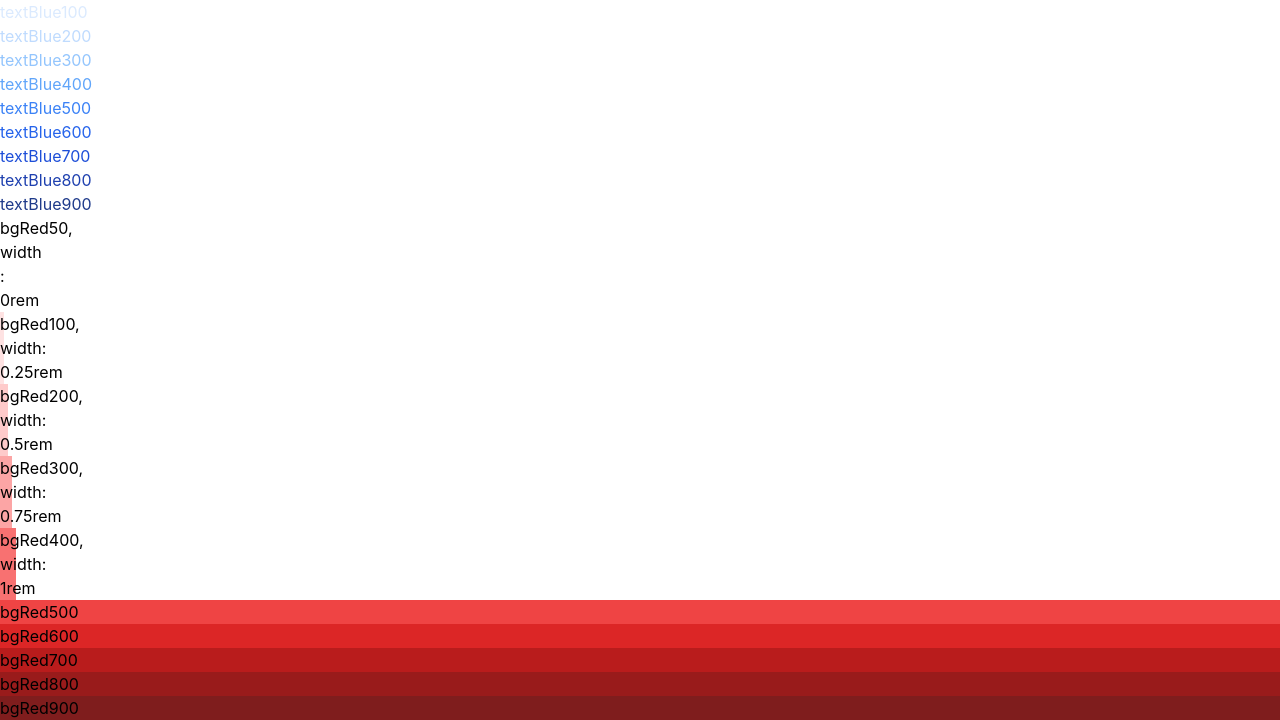
Repository: wogml3270/react-test-server
Page: /
These files come from the project's save history. The page is drawn as it stood at one moment and after the next save; the edit follows.
The browser window is 1280 px wide. The pictures show the whole page.
The project was rebuilt for these pictures with package versions that can differ from the ones it lists, and the page was loaded fresh each time. Also part of the build but not shown: src/App.css.

Above is the page before, as saved 2022-08-04 20:24:17.

After the next save:
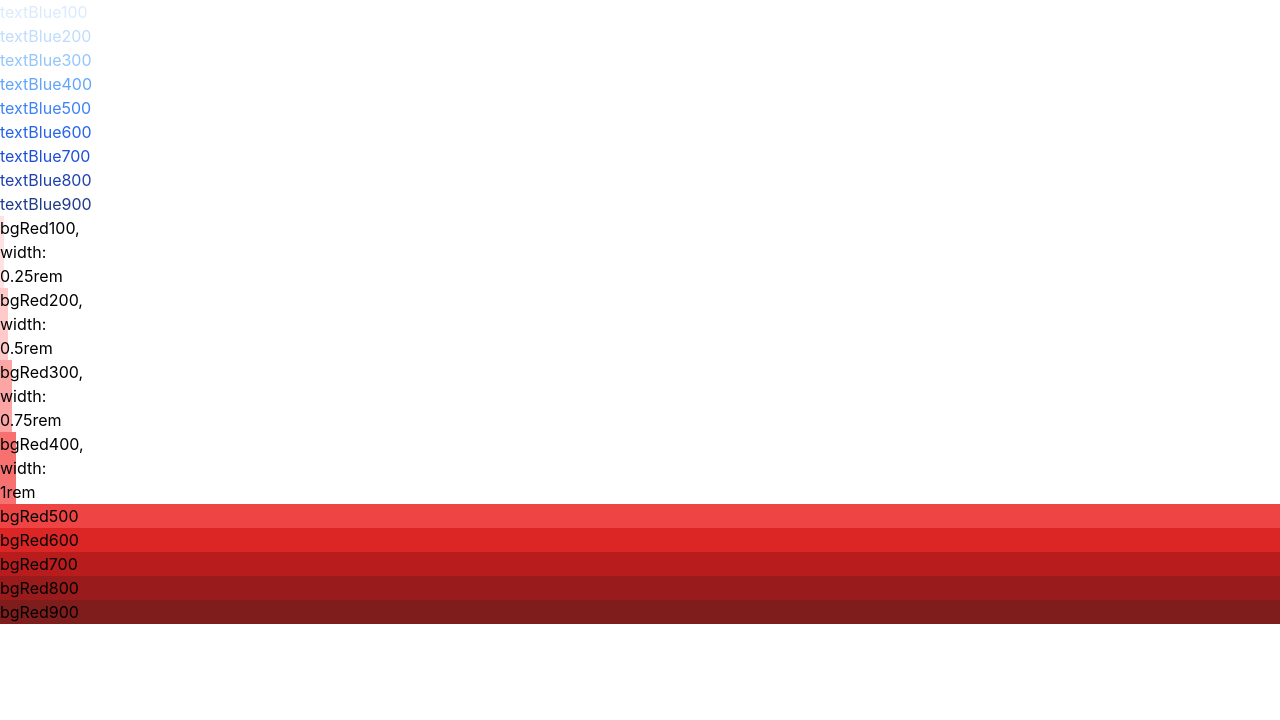
Saved 46 s later.
--- a/src/App.js
+++ b/src/App.js
@@ -14,7 +14,7 @@ function App() {
         <h1 className="text-blue-700">textBlue700</h1>
         <h1 className="text-blue-800">textBlue800</h1>
         <h1 className="text-blue-900">textBlue900</h1>
-        <h1 className="bg-red-50 w-0">bgRed50, width : 0rem</h1>
+
         <h1 className="bg-red-100 w-1">bgRed100, width: 0.25rem</h1>
         <h1 className="bg-red-200 w-2">bgRed200, width: 0.5rem</h1>
         <h1 className="bg-red-300 w-3">bgRed300, width: 0.75rem</h1>
